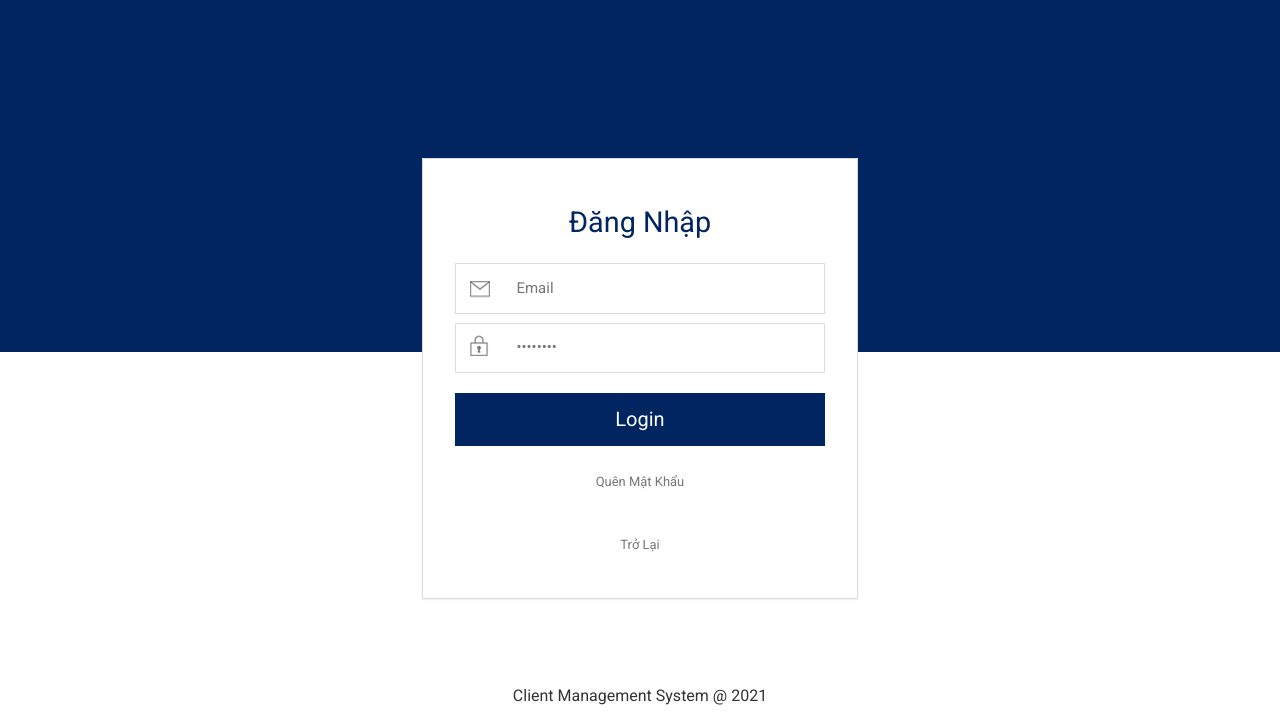
Repository: HuynhDuc23/PHPMNM
Page: http://localhost/Client-Management-System-using-PHP-MySQL (1)/Client Management System using PHP & MySQL/clientms/client/index.php
These files come from the project's save history. The page is drawn as it stood at one moment and after the next save; the edit follows.
The browser window is 1280 px wide. The pictures show the whole page.
The page is run by PHP 8.4 with error messages shown; the project is at /var/www/html/.

Above is the page before, as saved 2023-05-17 01:11:32.

### Client-Management-System-using-PHP-MySQL (1)/Client Management System using PHP & MySQL/clientms/client/index.php
<?php
session_start();
error_reporting(0);
include('includes/dbconnection.php');

if(isset($_POST['login']))
  {
    $email=$_POST['email'];
    $password=md5($_POST['password']);
    $sql ="SELECT ID FROM tblclient WHERE Email=:email and Password=:password";
    $query=$dbh->prepare($sql);
    $query-> bindParam(':email', $email, PDO::PARAM_STR);
$query-> bindParam(':password', $password, PDO::PARAM_STR);
    $query-> execute();
    $results=$query->fetchAll(PDO::FETCH_OBJ);
    if($query->rowCount() > 0)
{
foreach ($results as $result) {
$_SESSION['clientmsuid']=$result->ID;
}
$_SESSION['login']=$_POST['username'];
echo "<script type='text/javascript'> document.location ='dashboard.php'; </script>";
} else{
echo "<script>alert('Invalid Details');</script>";
}
}

?>
<!DOCTYPE HTML>
<html>
<head>
	<title>Client Management System||Login Page</title>

	<script type="application/x-javascript"> addEventListener("load", function() { setTimeout(hideURLbar, 0); }, false); function hideURLbar(){ window.scrollTo(0,1); } </script>
	<!-- Bootstrap Core CSS -->
	<link href="css/bootstrap.min.css" rel='stylesheet' type='text/css' />
	<!-- Custom CSS -->
	<link href="css/style.css" rel='stylesheet' type='text/css' />
	<!-- Graph CSS -->
	<link href="css/font-awesome.css" rel="stylesheet">
	<!-- jQuery -->
	<link href='//fonts.googleapis.com/css?family=Roboto:700,500,300,100italic,100,400' rel='stylesheet' type='text/css'>
	<!-- lined-icons -->
	<link rel="stylesheet" href="css/icon-font.min.css" type='text/css' />
	<!-- //lined-icons -->
	<script src="js/jquery-1.10.2.min.js"></script>
	<!--clock init-->
</head>
<body>
	<div class="error_page">

		<div class="error-top">
			<h2 class="inner-tittle page"></h2>
			<div class="login">

				<div class="buttons login">
					<h3 class="inner-tittle t-inner" style="color: #002561">Đăng Nhập</h3>
				</div>
				<form id="login" method="post" name="login">
					<input type="text" class="text" value="Email" onfocus="this.value = '';" onblur="if (this.value == '') {this.value = 'E-mail address';}" name="email" required="true">
					<input type="password" value="Password" onfocus="this.value = '';" onblur="if (this.value == '') {this.value = 'Password';}" name="password" required="true">
					<div class="submit"><input type="submit" onclick="myFunction()" value="Login" name="login" ></div>
					<div class="clearfix"></div>

					<div class="new">
						<p><a href="forgot-password.php">Quên Mật Khẩu</a></p><br />
						<p><a href="../index.php">Trở Lại</a></p>
						<div class="clearfix"></div>
					</div>
				</form>
			</div>


		</div>


		<!--//login-top-->
	</div>

	<!--//login-->
	<!--footer section start-->
	<div class="footer">

		<?php include_once('includes/footer.php');?>
	</div>
	<!--footer section end-->
	<!--/404-->
	<!--js -->
	<script src="js/jquery.nicescroll.js"></script>
	<script src="js/scripts.js"></script>
	<!-- Bootstrap Core JavaScript -->
	<script src="js/bootstrap.min.js"></script>
</body>
</html>

### Client-Management-System-using-PHP-MySQL (1)/Client Management System using PHP & MySQL/clientms/client/includes/dbconnection.php
<?php
// DB credentials.
define('DB_HOST','localhost');
define('DB_USER','root');
define('DB_PASS','');
define('DB_NAME','clientmsdb');
// Establish database connection.
try
{
$dbh = new PDO("mysql:host=".DB_HOST.";dbname=".DB_NAME,DB_USER, DB_PASS,array(PDO::MYSQL_ATTR_INIT_COMMAND => "SET NAMES 'utf8'"));
}
catch (PDOException $e)
{
exit("Error: " . $e->getMessage());
}
?>

### Client-Management-System-using-PHP-MySQL (1)/Client Management System using PHP & MySQL/clientms/client/includes/footer.php
 <footer>
            <p>Client Management System @ 2021</p>
        </footer>

### Client-Management-System-using-PHP-MySQL (1)/Client Management System using PHP & MySQL/clientms/client/js/scripts.js
(function() {
    "use strict";

    // custom scrollbar

    $("html").niceScroll({styler:"fb",cursorcolor:"#00C6D7", cursorwidth: '5', cursorborderradius: '10px', background: '#002561', spacebarenabled:false, cursorborder: '0',  zindex: '1000'});

    $(".left-side").niceScroll({styler:"fb",cursorcolor:"#00C6D7", cursorwidth: '3', cursorborderradius: '10px', background: '#002561', spacebarenabled:false, cursorborder: '0'});


    $(".left-side").getNiceScroll();
    if ($('body').hasClass('left-side-collapsed')) {
        $(".left-side").getNiceScroll().hide();
    }



    // Toggle Left Menu
   jQuery('.menu-list > a').click(function() {

      var parent = jQuery(this).parent();
      var sub = parent.find('> ul');

      if(!jQuery('body').hasClass('left-side-collapsed')) {
         if(sub.is(':visible')) {
            sub.slideUp(200, function(){
               parent.removeClass('nav-active');
               jQuery('.main-content').css({height: ''});
               mainContentHeightAdjust();
            });
         } else {
            visibleSubMenuClose();
            parent.addClass('nav-active');
            sub.slideDown(200, function(){
                mainContentHeightAdjust();
            });
         }
      }
      return false;
   });

   function visibleSubMenuClose() {
      jQuery('.menu-list').each(function() {
         var t = jQuery(this);
         if(t.hasClass('nav-active')) {
            t.find('> ul').slideUp(200, function(){
               t.removeClass('nav-active');
            });
         }
      });
   }

   function mainContentHeightAdjust() {
      // Adjust main content height
      var docHeight = jQuery(document).height();
      if(docHeight > jQuery('.main-content').height())
         jQuery('.main-content').height(docHeight);
   }

   //  class add mouse hover
   jQuery('.custom-nav > li').hover(function(){
      jQuery(this).addClass('nav-hover');
   }, function(){
      jQuery(this).removeClass('nav-hover');
   });


   // Menu Toggle
   jQuery('.toggle-btn').click(function(){
       $(".left-side").getNiceScroll().hide();

       if ($('body').hasClass('left-side-collapsed')) {
           $(".left-side").getNiceScroll().hide();
       }
      var body = jQuery('body');
      var bodyposition = body.css('position');

      if(bodyposition != 'relative') {

         if(!body.hasClass('left-side-collapsed')) {
            body.addClass('left-side-collapsed');
            jQuery('.custom-nav ul').attr('style','');

            jQuery(this).addClass('menu-collapsed');

         } else {
            body.removeClass('left-side-collapsed chat-view');
            jQuery('.custom-nav li.active ul').css({display: 'block'});

            jQuery(this).removeClass('menu-collapsed');

         }
      } else {

         if(body.hasClass('left-side-show'))
            body.removeClass('left-side-show');
         else
            body.addClass('left-side-show');

         mainContentHeightAdjust();
      }

   });


   searchform_reposition();

   jQuery(window).resize(function(){

      if(jQuery('body').css('position') == 'relative') {

         jQuery('body').removeClass('left-side-collapsed');

      } else {

         jQuery('body').css({left: '', marginRight: ''});
      }

      searchform_reposition();

   });

   function searchform_reposition() {
      if(jQuery('.searchform').css('position') == 'relative') {
         jQuery('.searchform').insertBefore('.left-side-inner .logged-user');
      } else {
         jQuery('.searchform').insertBefore('.menu-right');
      }
   }
})(jQuery);

                      // Dropdowns Script
						$(document).ready(function() {
						  $(document).on('click', function(ev) {
						    ev.stopImmediatePropagation();
						    $(".dropdown-toggle").dropdown("active");
						  });
						});



  /************** Search ****************/
		$(function() {
	    var button = $('#loginButton');
	    var box = $('#loginBox');
	    var form = $('#loginForm');
	    button.removeAttr('href');
	    button.mouseup(function(login) {
	        box.toggle();
	        button.toggleClass('active');
	    });
	    form.mouseup(function() {
	        return false;
	    });
	    $(this).mouseup(function(login) {
	        if(!($(login.target).parent('#loginButton').length > 0)) {
	            button.removeClass('active');
	            box.hide();
	        }
	    });
	});

Loaded but not shown: Client-Management-System-using-PHP-MySQL (1)/Client Management System using PHP & MySQL/clientms/client/css/bootstrap.min.css (library); Client-Management-System-using-PHP-MySQL (1)/Client Management System using PHP & MySQL/clientms/client/css/style.css (library); Client-Management-System-using-PHP-MySQL (1)/Client Management System using PHP & MySQL/clientms/client/css/font-awesome.css (library); Client-Management-System-using-PHP-MySQL (1)/Client Management System using PHP & MySQL/clientms/client/css/icon-font.min.css (library); Client-Management-System-using-PHP-MySQL (1)/Client Management System using PHP & MySQL/clientms/client/js/jquery-1.10.2.min.js (library); Client-Management-System-using-PHP-MySQL (1)/Client Management System using PHP & MySQL/clientms/client/js/jquery.nicescroll.js (library); Client-Management-System-using-PHP-MySQL (1)/Client Management System using PHP & MySQL/clientms/client/js/bootstrap.min.js (library)

After the next save:
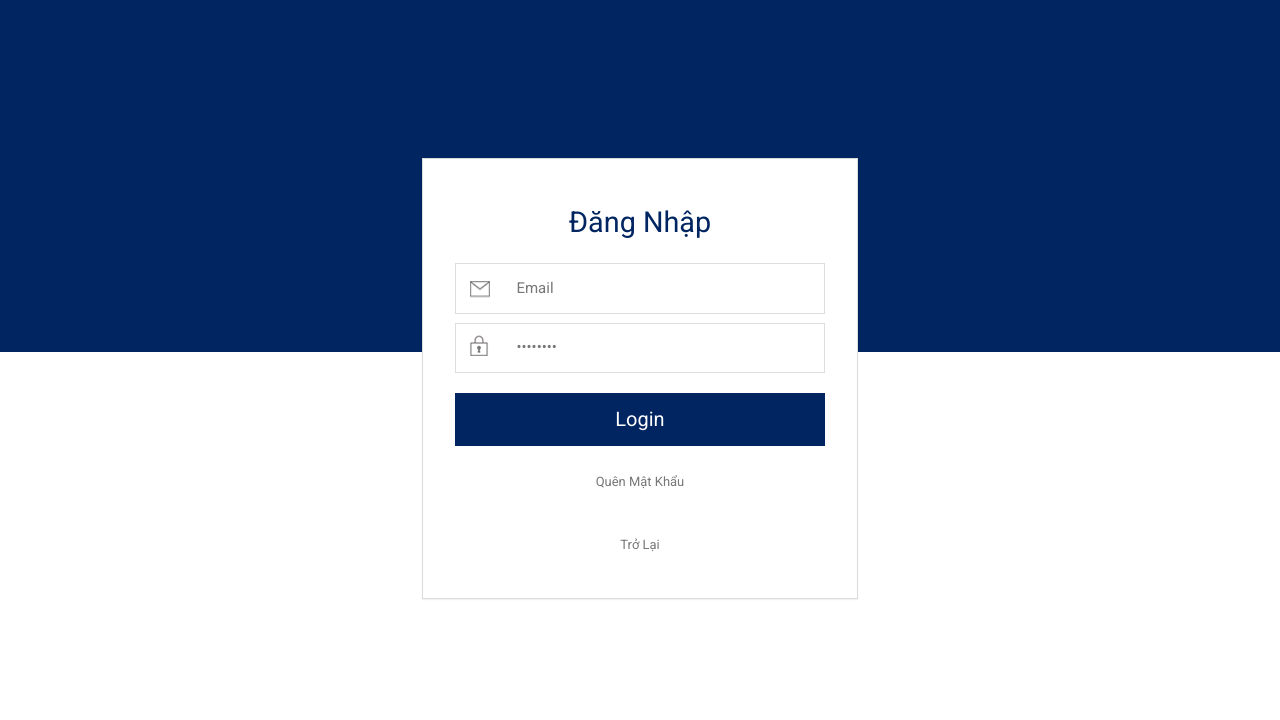
Saved 43 s later.
--- a/Client-Management-System-using-PHP-MySQL (1)/Client Management System using PHP & MySQL/clientms/client/index.php
+++ b/Client-Management-System-using-PHP-MySQL (1)/Client Management System using PHP & MySQL/clientms/client/index.php
@@ -81,7 +81,7 @@
 	<!--footer section start-->
 	<div class="footer">
 
-		<?php include_once('includes/footer.php');?>
+		<!-- <?php include_once('includes/footer.php');?> -->
 	</div>
 	<!--footer section end-->
 	<!--/404-->

After the save that followed:
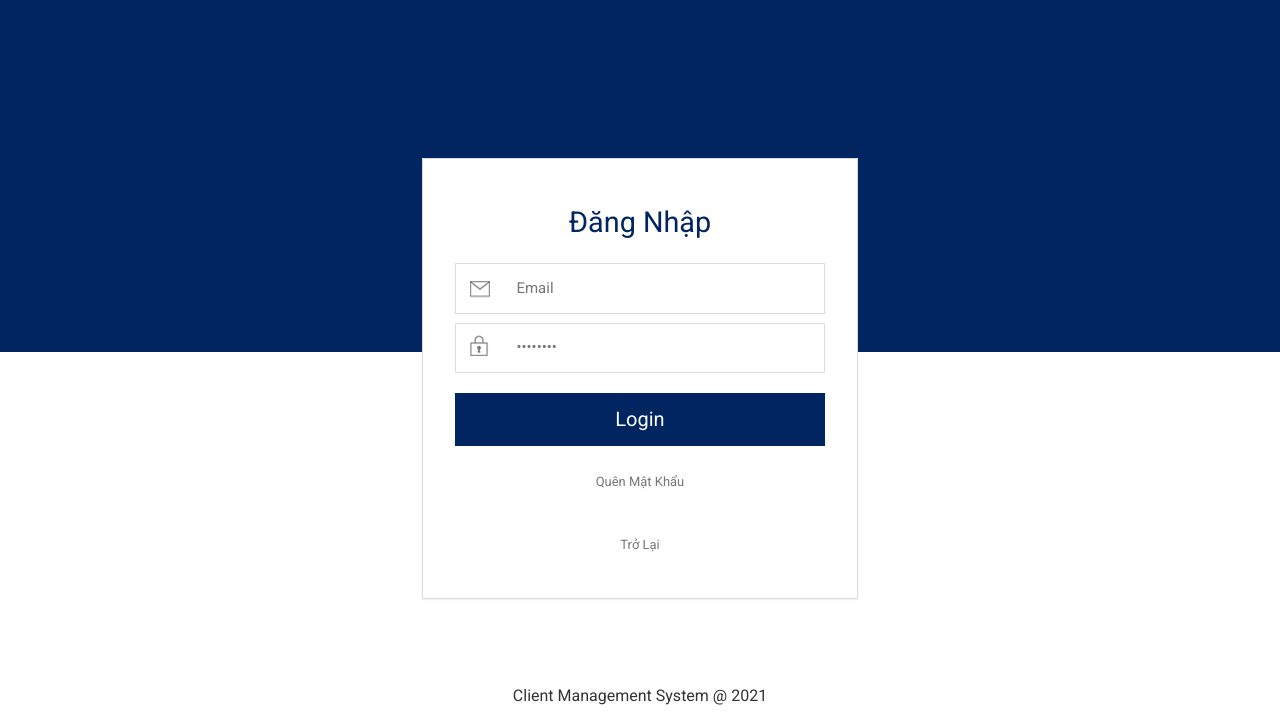
Saved 6 s later.
--- a/Client-Management-System-using-PHP-MySQL (1)/Client Management System using PHP & MySQL/clientms/client/index.php
+++ b/Client-Management-System-using-PHP-MySQL (1)/Client Management System using PHP & MySQL/clientms/client/index.php
@@ -80,8 +80,7 @@
 	<!--//login-->
 	<!--footer section start-->
 	<div class="footer">
-
-		<!-- <?php include_once('includes/footer.php');?> -->
+		<?php include_once('includes/footer.php');?>
 	</div>
 	<!--footer section end-->
 	<!--/404-->
